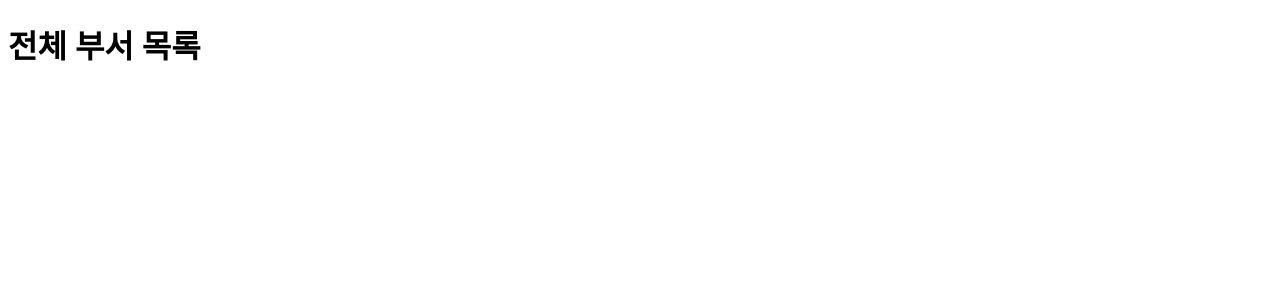
Repository: benpark0613/basic
Page: http://localhost/sample/hr/dept/list.jsp
These files come from the project's save history. The page is drawn as it stood at one moment and after the next save; the edit follows.
The browser window is 1280 px wide. The pictures show the whole page.
The page is served by Tomcat 9.

Above is the page before, as saved 2021-11-10 02:48:50.

After the next save:
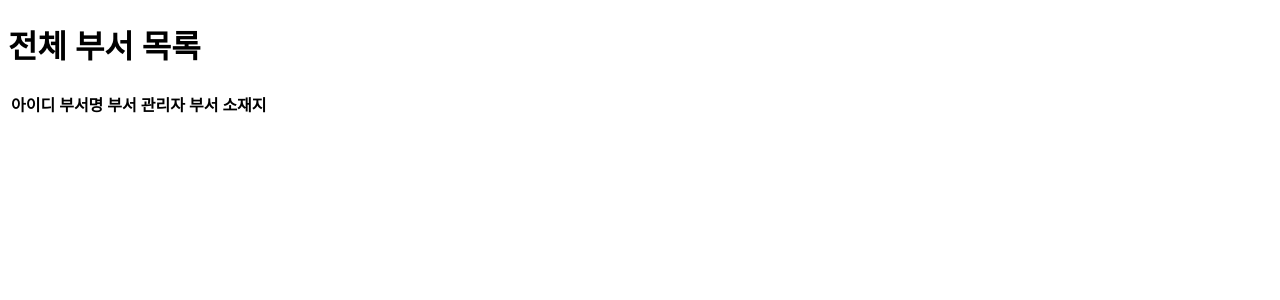
Saved 63 s later.
--- a/HR_app/sample/src/main/webapp/hr/dept/list.jsp
+++ b/HR_app/sample/src/main/webapp/hr/dept/list.jsp
@@ -8,5 +8,16 @@
 </head>
 <body>
 	<h1>전체 부서 목록</h1>
+
+	<table>
+		<thead>
+			<tr>
+				<th>아이디</th>
+				<th>부서명</th>
+				<th>부서 관리자</th>
+				<th>부서 소재지</th>
+			</tr>
+		</thead>
+	</table>
 </body>
 </html>
